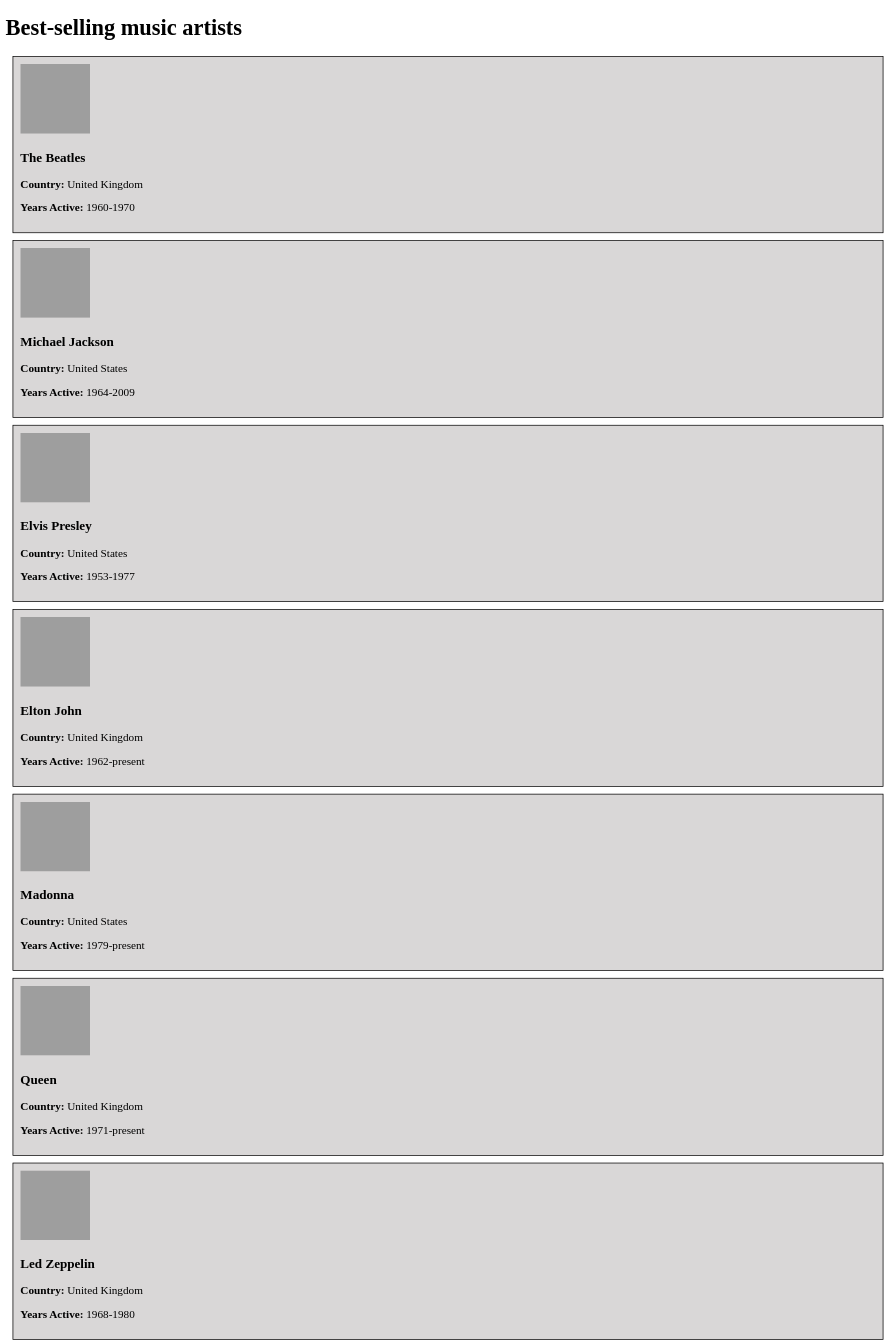
Repository: GavinPahal/Lab2
Page: /
The author's editor kept a copy of each file at every save. The page is drawn from the files as they stood at one save, then again after the next save.
The browser window is 1280 px wide. The pictures show the part of the page from y = 0 to 1920 px (the page is 2714 px tall before and 3514 px after), at 70% of full size.
Pictures or frames that could not be fetched are drawn as grey boxes. The project was rebuilt for these pictures with package versions that can differ from the ones it lists, and the page was loaded fresh each time. Also part of the build but not shown: vite.config.js.

Above is the page before, as saved 2024-09-23 11:54:05.

### src/App.jsx
import React from 'react';
import './App.css';
import ArtistDetails from './components/ArtistDetails';
import { artists } from './best-selling-music-artists';

const App = () => {
  return (
    <div className="App">
      <h1>Best-selling music artists</h1>
      <div className="artist-list">
        {artists.map((artist, index) => (
          <ArtistDetails key={index} artist={artist} />
        ))}
      </div>
    </div>
  );
};

export default App;

### src/App.css
.artist-list {
  display: block;
}

.artist-card {
  border: 1px solid black;
  background: rgb(217, 215, 215);
  padding: 10px;
  margin: 10px;
}

### src/components/ArtistDetails.jsx
import React from 'react';

const ArtistDetails = ({ artist }) => {
  return (
    <div className="artist-card">
      <img src={artist.photo_url} alt={artist.name} style={{ width: '100px', height: '100px' }} />
      <h3>{artist.name}</h3>
      <p><strong>Country:</strong> {artist.country}</p>
      <p><strong>Years Active:</strong> {artist.years_active}</p>
    </div>
  );
};

export default ArtistDetails;

### src/best-selling-music-artists.js
export const artists = [
    {
        name: 'The Beatles',
        photo_url: "https://upload.wikimedia.org/wikipedia/commons/9/9f/Beatles_ad_1965_just_the_beatles_crop.jpg",
        country: "United Kingdom",
        years_active: "1960-1970",
    },
    {
        name: 'Michael Jackson',
        photo_url: "https://upload.wikimedia.org/wikipedia/commons/8/83/Michael_Jackson_Dangerous_World_Tour_1993_cropped.png",
        country: "United States",
        years_active: "1964-2009",
    },
    {
        name: 'Elvis Presley',
        photo_url: "https://upload.wikimedia.org/wikipedia/commons/1/16/Elvis_Presley_1973_RCA_Records_and_Tapes_publicity_2_-_cropped.png",
        country: "United States",
        years_active: "1953-1977",
    },
    {
        name: 'Elton John',
        photo_url: "https://upload.wikimedia.org/wikipedia/commons/7/74/Elton_John_1980.png",
        country: "United Kingdom",
        years_active: "1962-present",
    },
    {
        name: 'Madonna',
        photo_url: "https://upload.wikimedia.org/wikipedia/commons/4/47/Madonna_II_A_1_%28cropped%29.jpg",
        country: "United States",
        years_active: "1979-present",
    },
    {
        name: 'Queen',
        photo_url: "https://upload.wikimedia.org/wikipedia/commons/a/ac/FreddieMercuryNov1977.jpg",
        country: "United Kingdom",
        years_active: "1971-present",
    },
    {
        name: 'Led Zeppelin',
        photo_url: "https://upload.wikimedia.org/wikipedia/commons/c/cc/Robert_Plant_at_the_Palace_Theatre%2C_Manchester.jpg",
        country: "United Kingdom",
        years_active: "1968-1980",
    },
    {
        name: 'Rihanna',
        photo_url: "https://upload.wikimedia.org/wikipedia/commons/b/b3/Rihanna_concert_in_Washington_DC_%28cropped%29.jpg",
        country: "Barbados",
        years_active: "2003-present",
    },
    {
        name: 'Pink Floyd',
        photo_url: "https://upload.wikimedia.org/wikipedia/commons/f/f2/David_Gilmour_Argentina_2015_%28cropped%29.jpg",
        country: "United Kingdom",
        years_active: "1965-2014",
    },
    {
        name: 'The Rolling Stones',
        photo_url: "https://upload.wikimedia.org/wikipedia/commons/0/06/Keith_Richards%2C_Mick_Jagger_performing_with_Rolling_Stones_at_Prudential_Center_2012-12-13.jpg",
        country: "United Kingdom",
        years_active: "1962-present",
    },
];

Loaded but not shown: index.html (common file); src/main.jsx (common file); src/index.css (no stored copy; drawn as an empty file)

After the next save:
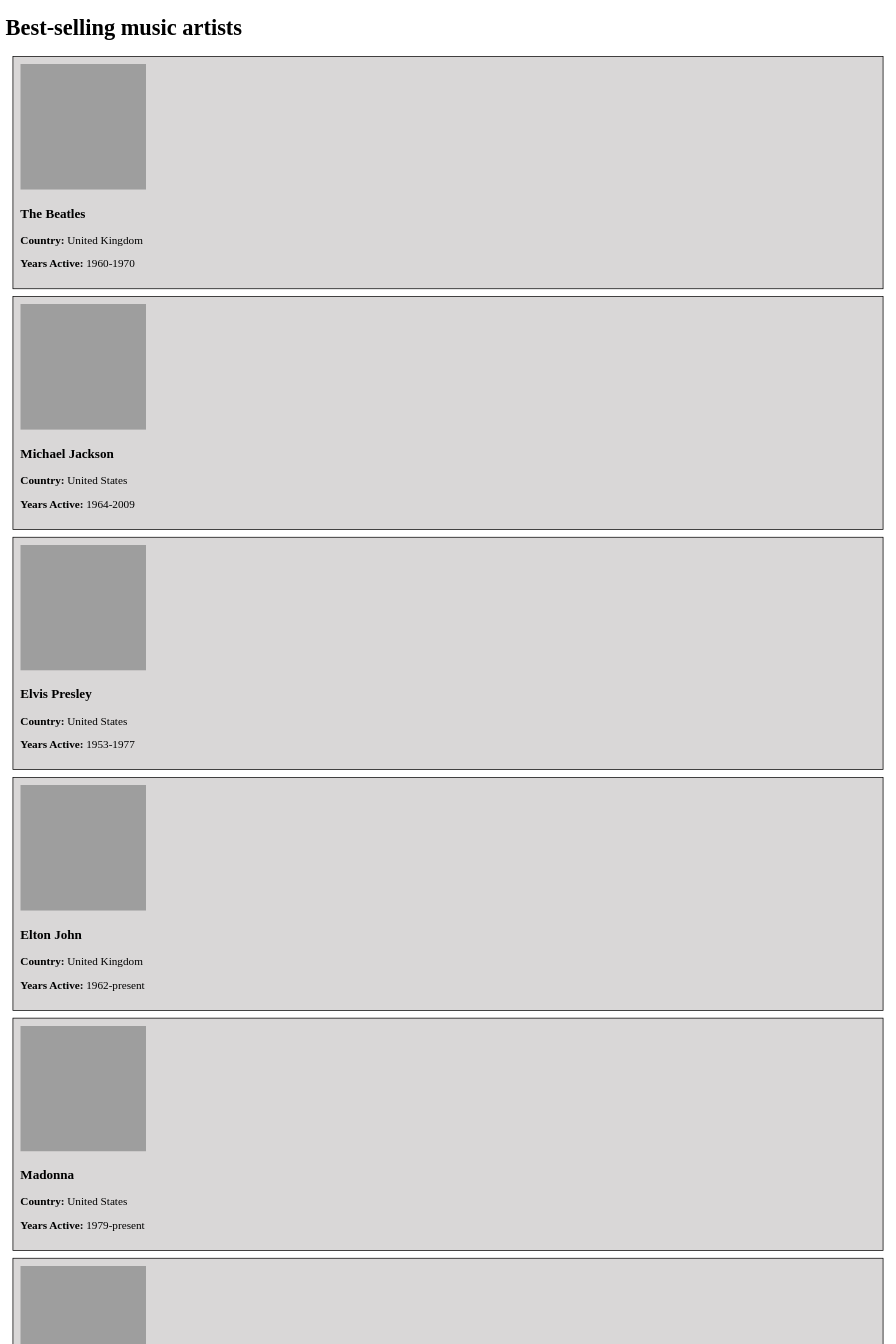
Saved 29 s later.
--- a/src/components/ArtistDetails.jsx
+++ b/src/components/ArtistDetails.jsx
@@ -3,7 +3,7 @@
 const ArtistDetails = ({ artist }) => {
   return (
     <div className="artist-card">
-      <img src={artist.photo_url} alt={artist.name} style={{ width: '100px', height: '100px' }} />
+      <img src={artist.photo_url} alt={artist.name} style={{ width: '180px', height: '180px' }} />
       <h3>{artist.name}</h3>
       <p><strong>Country:</strong> {artist.country}</p>
       <p><strong>Years Active:</strong> {artist.years_active}</p>
